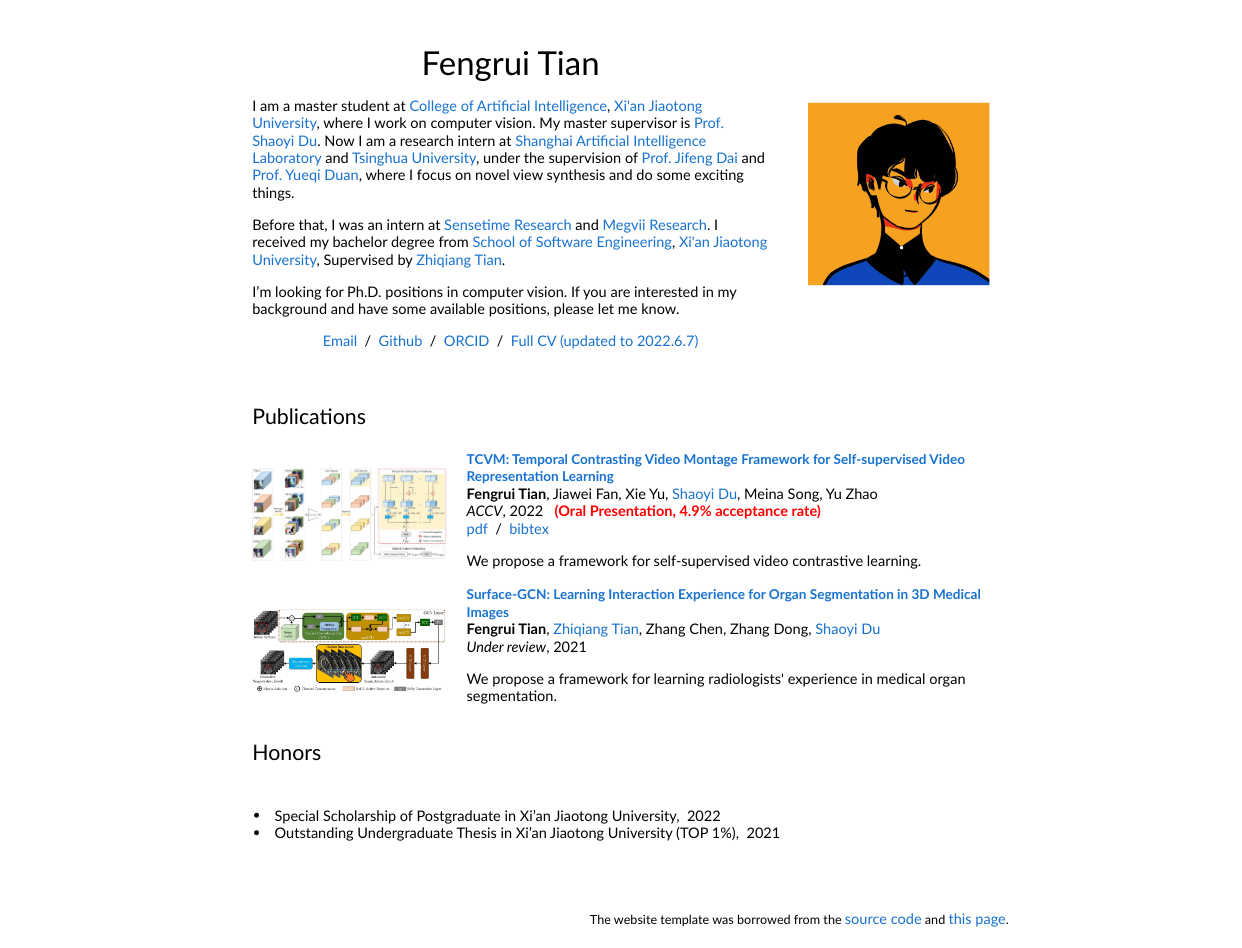
Repository: tianfr/tianfr.github.io
Page: index.html
An editor plug-in stored every save of this project. The page is shown before and after the next save, followed by the edit.
The browser window is 1280 px wide. The pictures show the whole page, at 97% of full size.

Above is the page before, as saved 2022-11-20 16:24:38.

After the next save:
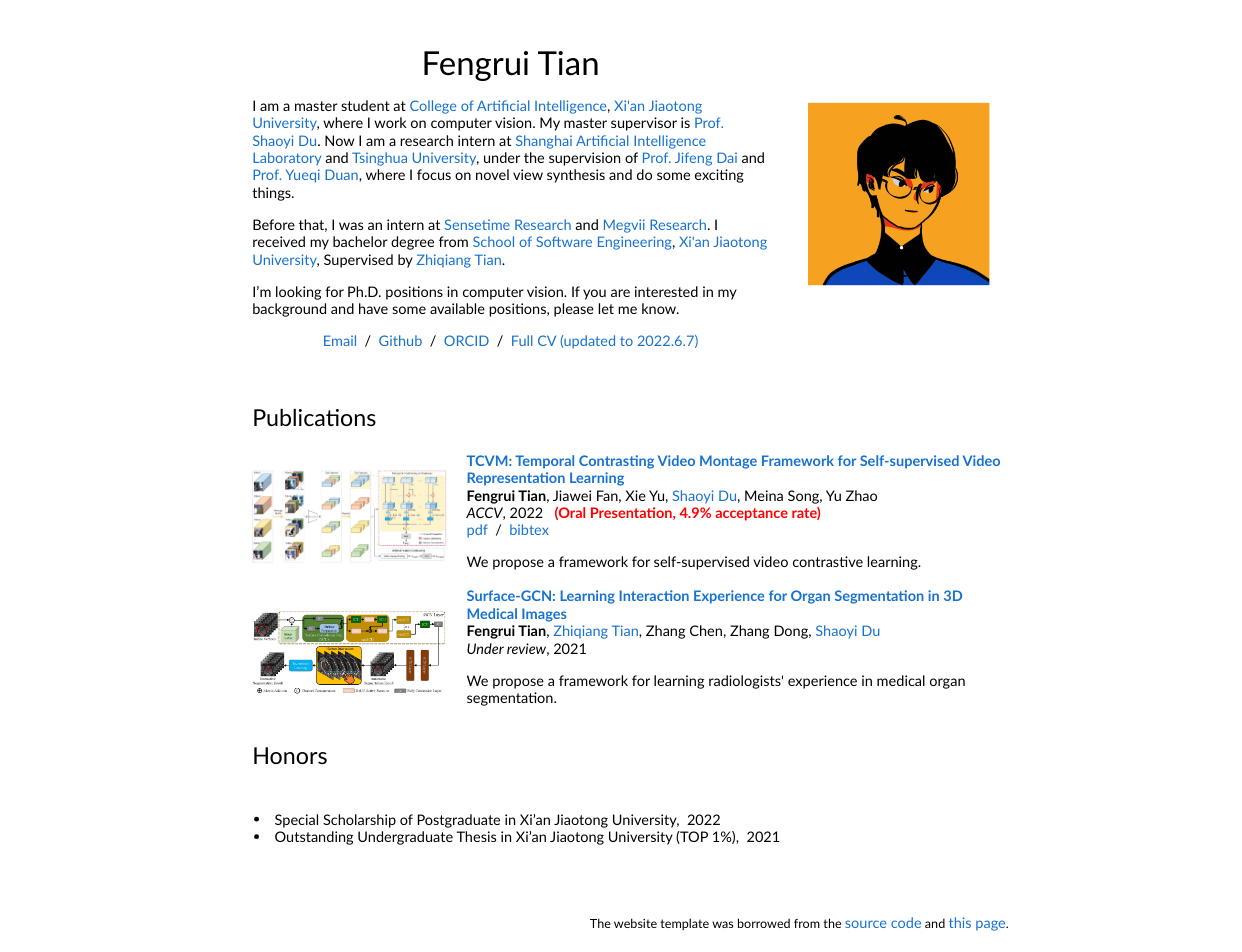
Saved 68 s later.
--- a/stylesheet.css
+++ b/stylesheet.css
@@ -91,12 +91,12 @@ strong {
 
 heading {
   font-family: 'Lato', Verdana, Helvetica, sans-serif;
-  font-size: 22px;
+  font-size: 24px;
 }
 
 papertitle {
   font-family: 'Lato', Verdana, Helvetica, sans-serif;
-  font-size: 14px;
+  font-size: 15px;
   font-weight: 700
 }
 
